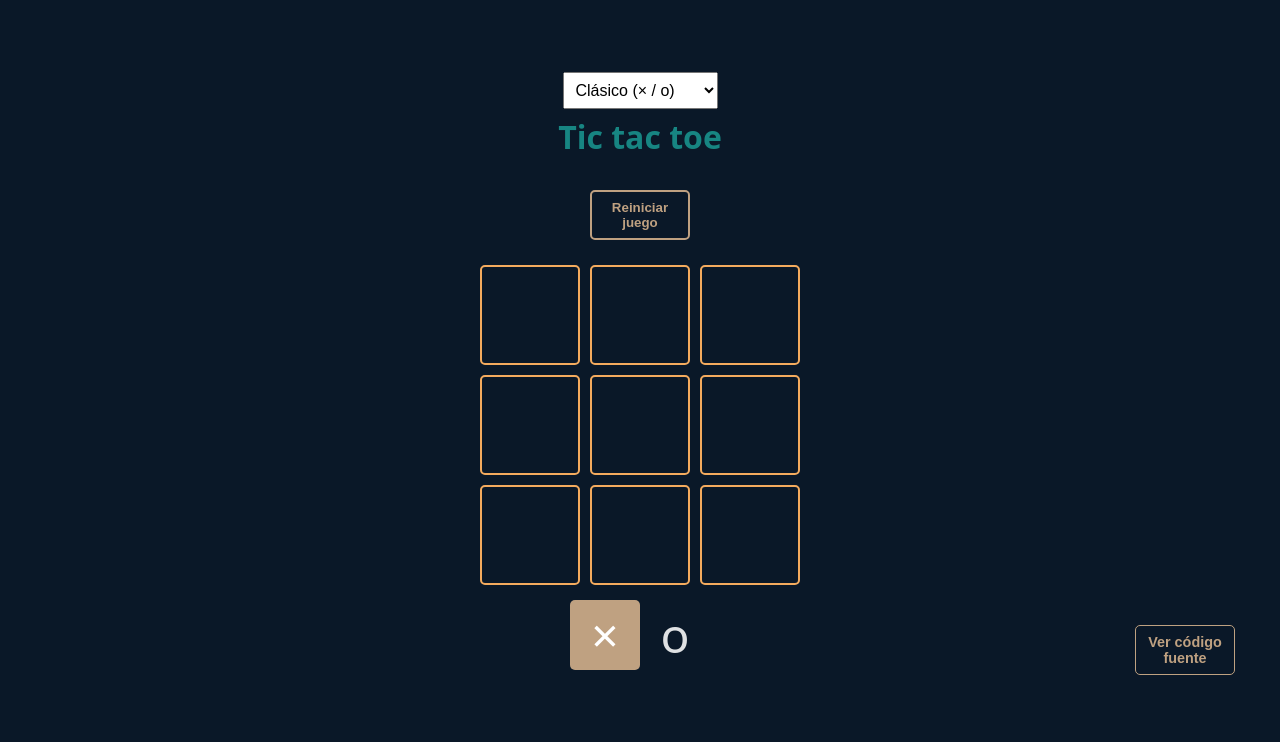
Repository: JoyMoGas/Simulacion
Page: / (app in 02-tic-tac-toe/)
These files come from the project's save history. The page is drawn as it stood at one moment and after the next save; the edit follows.
The browser window is 1280 px wide. The pictures show the whole page.
The project was rebuilt for these pictures with package versions that can differ from the ones it lists, and the page was loaded fresh each time. Also part of the build but not shown: 02-tic-tac-toe/vite.config.js, 02-tic-tac-toe/src/components/WinnerModal.jsx.

Above is the page before, as saved 2025-04-29 21:01:11.

After the next save:
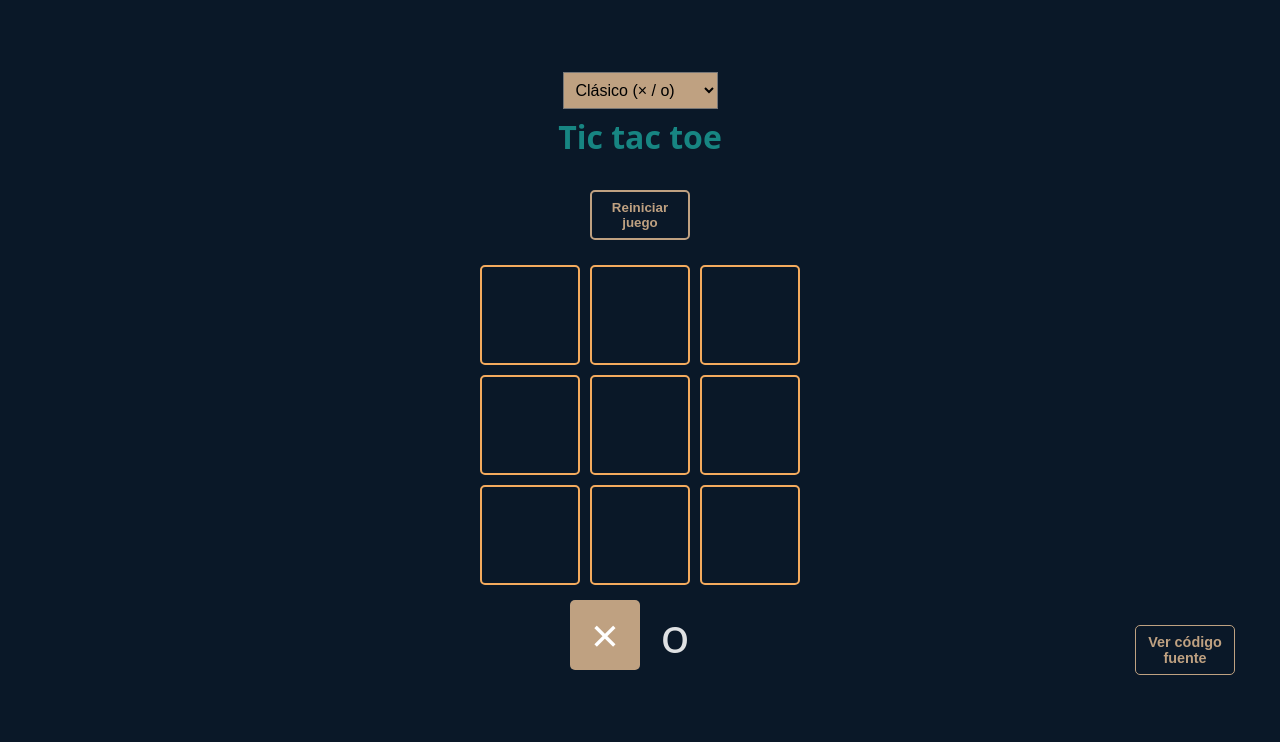
Saved 55 s later.
--- a/02-tic-tac-toe/src/App.jsx
+++ b/02-tic-tac-toe/src/App.jsx
@@ -75,7 +75,7 @@ function App() {
       <select
         value={symbolSet}
         onChange={(e) => setSymbolSet(e.target.value)}
-        style={{ marginBottom: '1rem', padding: '0.5rem', fontSize: '1rem' }}
+        style={{ marginBottom: '1rem', padding: '0.5rem', fontSize: '1rem', background: '#BFA181' }}
       >
         <option value="classic">Clásico (× / o)</option>
         <option value="emoji">Emojis (🐱 / 🐶)</option>
